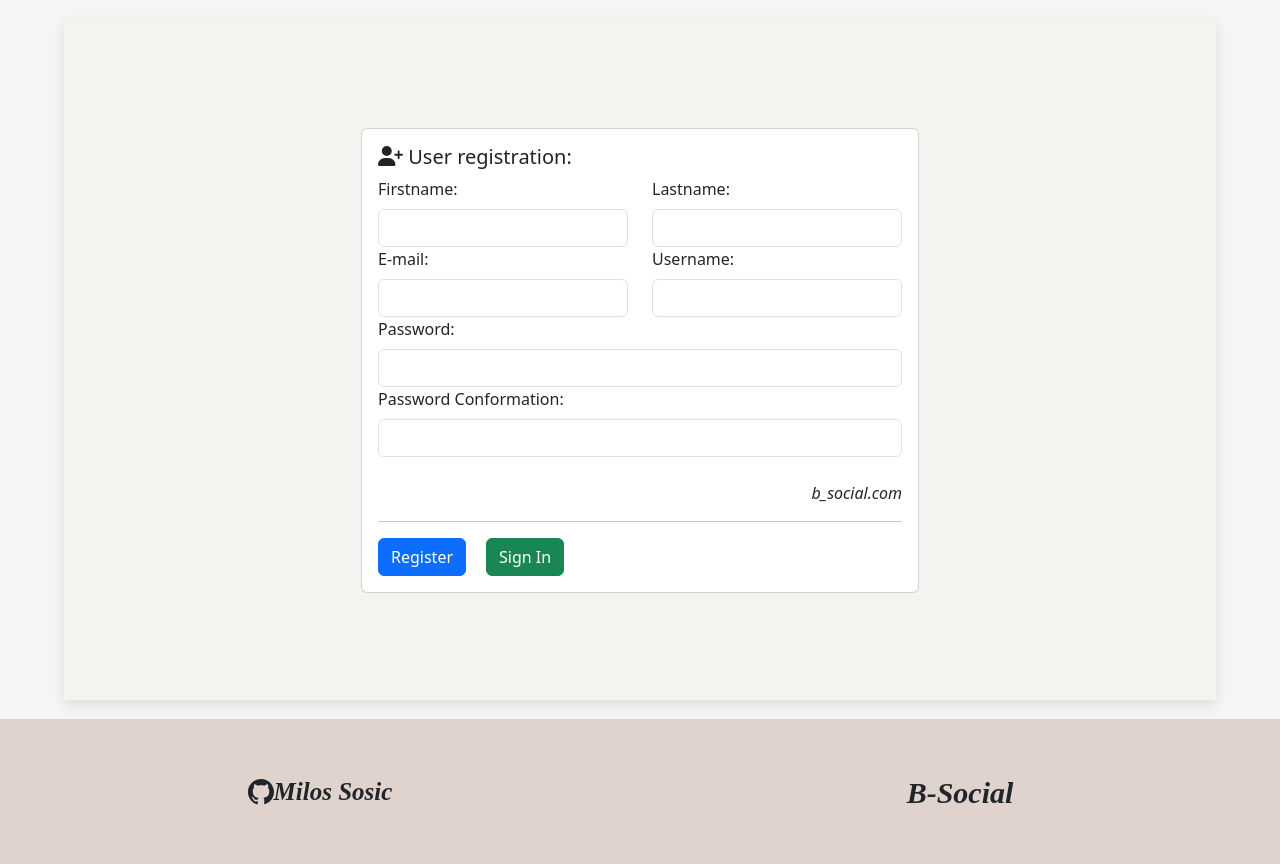
Repository: mcedo1/b-Social-app
Page: /reg
An editor plug-in stored every save of this project. The page is shown before and after a run of saves, followed by the edit.
The browser window is 1280 px wide. The pictures show the whole page.
The project was rebuilt for these pictures with package versions that can differ from the ones it lists, and the page was loaded fresh each time. Also part of the build but not shown: src/config/apiconfig.js, src/API/Api.js, src/components/log.reg.component/Login.js, src/components/main.page.component/MainPage.css, src/components/main.page.component/sideBar.js, src/components/submain.component/Submain.css, src/components/submain.component/Comment.js, src/components/submain.component/Modal.js and 5 more.

Above is the page before, as saved 2024-02-03 10:26:11.

### src/index.js
import React from 'react';
import ReactDOM from 'react-dom/client';
import './index.css';
import App from './App';
import reportWebVitals from './reportWebVitals';
import {
  BrowserRouter as Router
} from "react-router-dom";
import 'bootstrap/dist/css/bootstrap.min.css';
const root = ReactDOM.createRoot(document.getElementById('root'));
root.render(
  <React.StrictMode>
    <Router>
      <App />
    </Router>
  </React.StrictMode>
);

// If you want to start measuring performance in your app, pass a function
// to log results (for example: reportWebVitals(console.log))
// or send to an analytics endpoint. Learn more: https://bit.ly/CRA-vitals
reportWebVitals();

### src/App.js
import './App.css';
import Footer from './components/footer.component/Footer';
import Login from './components/log.reg.component/Login';
import Registration from './components/log.reg.component/Registration';
import MainPage from './components/main.page.component/MainPage';
import WebSocket from 'websocket';
import { useEffect } from 'react';
import {
  Routes,
  Route,
} from "react-router-dom";
import AboutUsCommponent from './components/about.us.component/AboutUs';


function App() {
//   useEffect(() => {
//     // Establish a WebSocket connection
//     const ws = new WebSocket('wss://localhost:8080');

//     // Set up event listeners
//     ws.onopen = () => {
//       console.log('WebSocket connection opened');
//     };

//     ws.onmessage = (event) => {
//       console.log('Received message:', event.data);
//       // Handle the incoming message
//     };

//     ws.onclose = () => {
//       console.log('WebSocket connection closed');
//     };

//     // Clean up the WebSocket connection when the component is unmounted
//     return () => {
//       ws.close();
//     };
//   }, []);


  return (
    <div className='App'>
      <div className="Main">
        <Routes>
          <Route index path="/" element={<Login />} />
          <Route path="/reg" element={<Registration />} />
          <Route path="/main" element={<MainPage />} />
          <Route path='aboutUs' element={<AboutUsCommponent/>}/>
        </Routes>
      </div>
      <Footer/>
     </div>
  );
}

export default App;

### src/components/footer.component/Footer.js
import React from 'react'
import './Footer.css';

function Footer() {
  return (
      <div className='Footer'>
      <div className='Left'>
      <svg xmlns="http://www.w3.org/2000/svg" width="26" height="26" fill="currentColor" class="bi bi-github" viewBox="0 0 16 16">
  <path d="M8 0C3.58 0 0 3.58 0 8c0 3.54 2.29 6.53 5.47 7.59.4.07.55-.17.55-.38 0-.19-.01-.82-.01-1.49-2.01.37-2.53-.49-2.69-.94-.09-.23-.48-.94-.82-1.13-.28-.15-.68-.52-.01-.53.63-.01 1.08.58 1.23.82.72 1.21 1.87.87 2.33.66.07-.52.28-.87.51-1.07-1.78-.2-3.64-.89-3.64-3.95 0-.87.31-1.59.82-2.15-.08-.2-.36-1.02.08-2.12 0 0 .67-.21 2.2.82.64-.18 1.32-.27 2-.27s1.36.09 2 .27c1.53-1.04 2.2-.82 2.2-.82.44 1.1.16 1.92.08 2.12.51.56.82 1.27.82 2.15 0 3.07-1.87 3.75-3.65 3.95.29.25.54.73.54 1.48 0 1.07-.01 1.93-.01 2.2 0 .21.15.46.55.38A8.01 8.01 0 0 0 16 8c0-4.42-3.58-8-8-8"/>
</svg>
       <b> Milos Sosic</b>
      </div>
      <div className='Right'>
        <i>B-Social</i>
      </div>
    </div>
  )
}

export default Footer

### src/components/log.reg.component/Registration.js
import './Login.css'
import { faUserPlus } from '@fortawesome/free-solid-svg-icons';
import { FontAwesomeIcon } from '@fortawesome/react-fontawesome';
import React, { useState } from 'react'
import { Card, Col, Container, Form, Alert, Button, Row} from 'react-bootstrap';
import { useNavigate } from "react-router-dom";


function Registration() {

    const navigate = useNavigate();

    const [user, setUser] = useState({
        username: '',
        firstName: '',
        lastName: '',
        email: '',
        password: ''
    });

    const handleRegistration = () => {
        console.log(user)
    }

    return (

        <div className='Login'>

            <Container>
                <Col md={{ span: 6, offset: 3 }}>
                    <Card>
                        <Card.Body>
                            <Card.Title>
                                    <FontAwesomeIcon icon={faUserPlus} /> User registration:
                            </Card.Title>
                            <Form>
                                <Row>
                                    <Col md="6">
                                        <Form.Group>
                                            <Form.Label htmlFor="surname">Firstname:</Form.Label>
                                            <Form.Control type='text' id="surname" value={user.firstName} onChange={e=> setUser({...user, firstName:e.target.value})}/>
                                        </Form.Group>
                                    </Col>
                                    <Col md="6">
                                        <Form.Group>
                                            <Form.Label htmlFor="forename">Lastname:</Form.Label>
                                            <Form.Control type='text' id="forename" value={user.lastName} onChange={e=> setUser({...user, lastName:e.target.value})} />
                                        </Form.Group>
                                    </Col>
                                </Row>
                                <Row>
                                    <Col md="6">
                                        <Form.Group>
                                                <Form.Label htmlFor="email">E-mail:</Form.Label>
                                                <Form.Control type='email' id="email" value={user.email} onChange={e=> setUser({...user, email:e.target.value})} />
                                        </Form.Group>
                                    </Col>
                                    <Col md="6">
                                        <Form.Group>
                                            <Form.Label htmlFor="username">Username:</Form.Label>
                                            <Form.Control type='text' id="username" value={user.username} onChange={e=> setUser({...user, username: e.target.value})} />
                                        </Form.Group>
                                    </Col>
                                </Row>
                                <Form.Group>
                                    <Form.Label htmlFor="password">Password:</Form.Label>
                                    <Form.Control type='password' id="password" value={user.password} onChange={e=> setUser({...user, password:e.target.value})}/>
                                    <Form.Label htmlFor="password">Password Conformation:</Form.Label>
                                    <Form.Control type='password' id="password" value={user.password} style={{borderColor:'none'}} onChange={e=> setUser({...user, password:e.target.value})}/>
                                </Form.Group>

                                <br />
                                <p style={{display:'flex',justifyContent:'end'}}><i>b_social.com</i></p>
                                <hr/>
                                <Form.Group>
                                    <Button variant='primary' style={{ marginRight: '20px' }}
                                        onClick={handleRegistration}
                                    >
                                        Register
                                    </Button>
                                    <Button variant='success' onClick={()=>navigate("/")} >
                                        Sign In
                                    </Button>
                                </Form.Group>
                            </Form>
                            <Alert style={{marginTop:'15px'}} variant='danger' className={false ? '' : 'd-none'}>Greska</Alert>
                        </Card.Body>
                    </Card>
                </Col>
            </Container>
        </div>
  )
}

export default Registration

### src/components/footer.component/Footer.css
.Footer {
  background-color: #e0d3ce;

  height: 20vh;
  display: flex;
  flex-direction: row;
  box-shadow: rgba(0, 0, 0, 0.02) 0px 1px 3px 0px,
    rgba(27, 31, 35, 0.15) 0px 0px 0px 1px;
}
.Left {
  flex: 1;
  display: flex;
  justify-content: center;
  align-items: center;
  font-size: 25px;
  font-family: "Times New Roman", Times, serif;
  font-style: italic;
}

.Left b:hover {
  cursor: pointer;
  font-size: 27px;
}

.Right {
  flex: 1;
  display: flex;
  justify-content: center;
  align-items: center;
  font-family: "Times New Roman", Times, serif;
  font-weight: 700;
  font-size: 30px;
}

.Right i:hover {
  cursor: pointer;
  font-size: 31px;
}

### src/components/log.reg.component/Login.css
.Login {
    flex: 1;
    display: flex;
    justify-content: center;
    align-items: center;
    background-color: #f3f3ef;
    box-shadow: rgba(0, 0, 0, 0.1) 0px 4px 12px;
    margin: 20px 0;
}

p:hover {
    cursor: default;
}

Loaded but not shown: public/index.html (common file); src/index.css (common file); src/reportWebVitals.js (common file); src/App.css (common file)

After the next 2 saves:
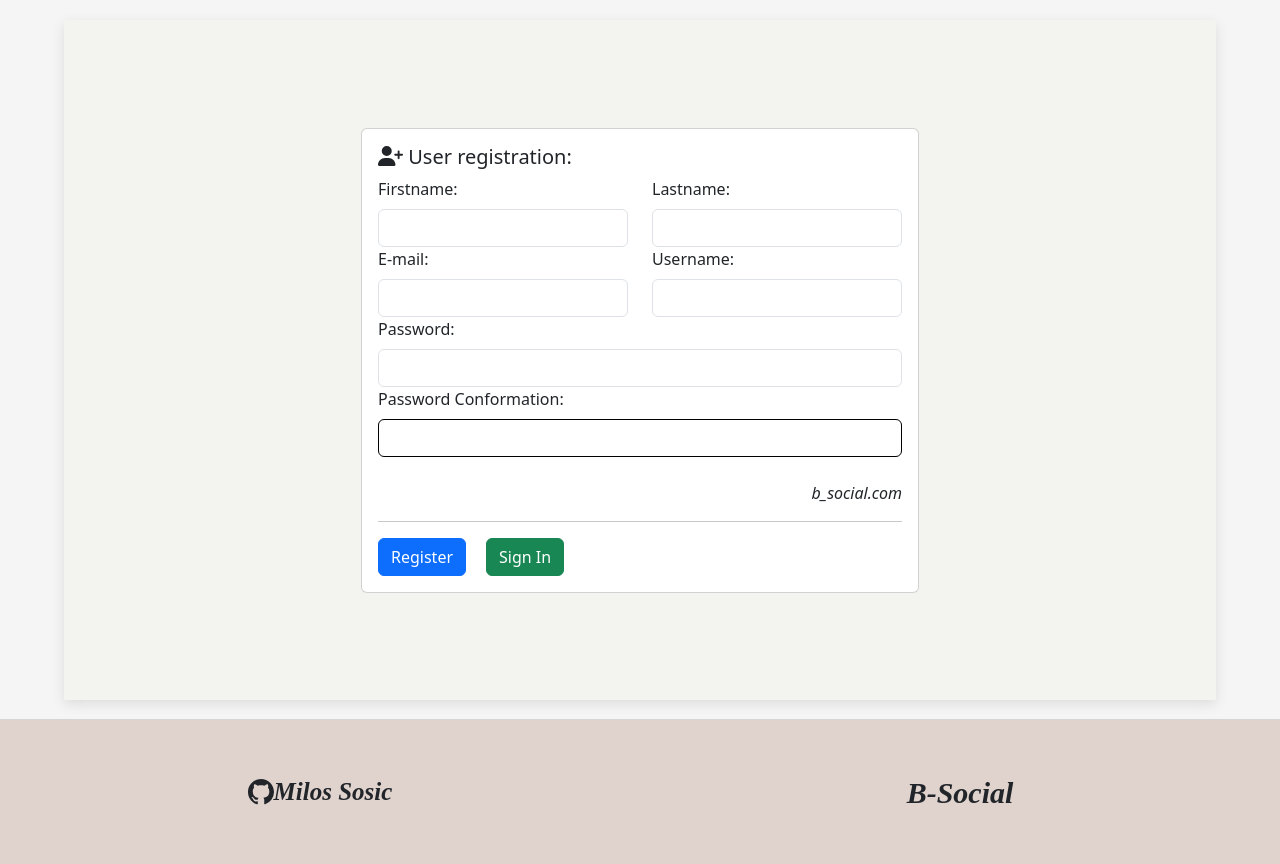
The 2 saves are shown as one change because they came seconds apart.
The last was saved 13 s later.
--- a/src/components/log.reg.component/Registration.js
+++ b/src/components/log.reg.component/Registration.js
@@ -66,7 +66,7 @@
                                     <Form.Label htmlFor="password">Password:</Form.Label>
                                     <Form.Control type='password' id="password" value={user.password} onChange={e=> setUser({...user, password:e.target.value})}/>
                                     <Form.Label htmlFor="password">Password Conformation:</Form.Label>
-                                    <Form.Control type='password' id="password" value={user.password} style={{borderColor:'none'}} onChange={e=> setUser({...user, password:e.target.value})}/>
+                                    <Form.Control type='password' id="password" value={user.password} style={{borderColor:'black'}} onChange={e=> setUser({...user, password:e.target.value})}/>
                                 </Form.Group>
 
                                 <br />

After the 2 saves that followed:
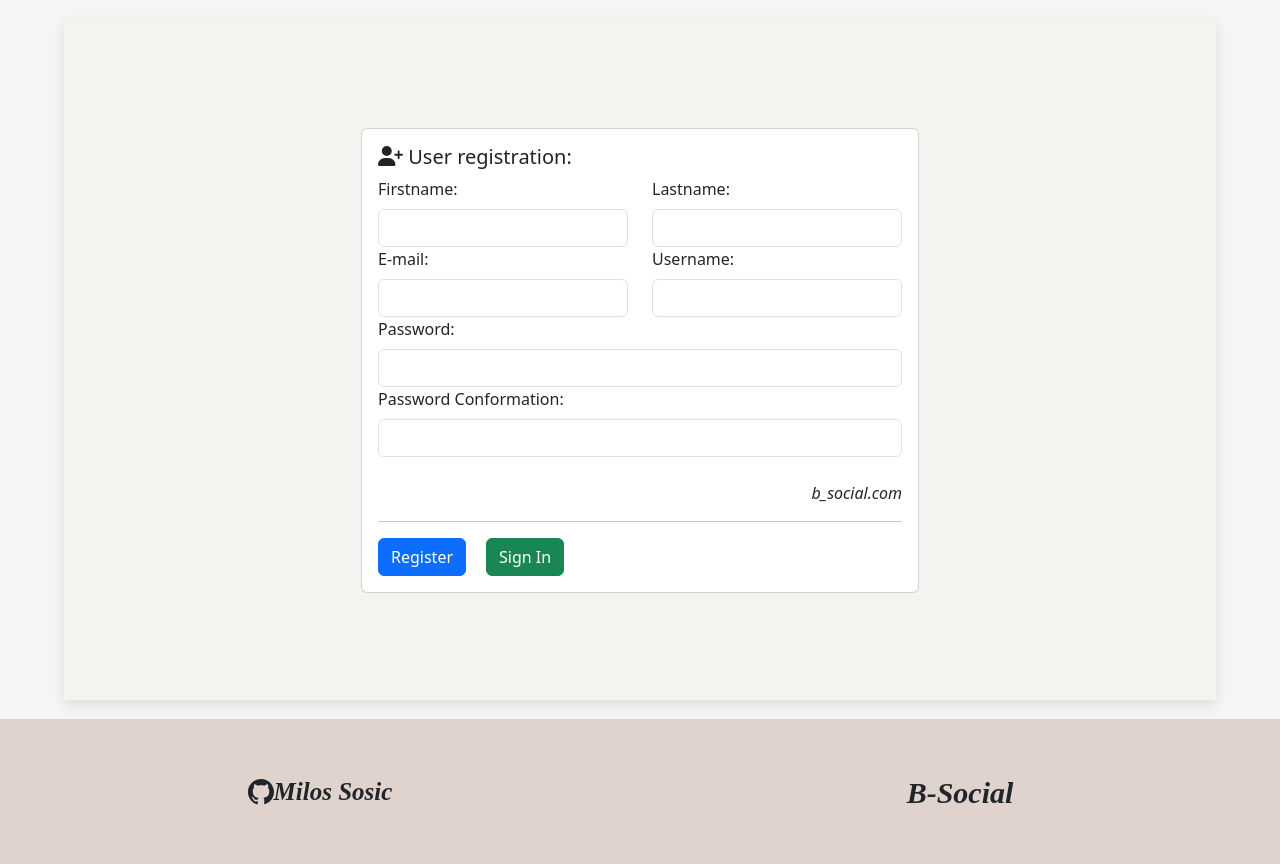
The 2 saves are shown as one change because they came seconds apart.
The last was saved 16 s later.
--- a/src/components/log.reg.component/Registration.js
+++ b/src/components/log.reg.component/Registration.js
@@ -66,7 +66,7 @@
                                     <Form.Label htmlFor="password">Password:</Form.Label>
                                     <Form.Control type='password' id="password" value={user.password} onChange={e=> setUser({...user, password:e.target.value})}/>
                                     <Form.Label htmlFor="password">Password Conformation:</Form.Label>
-                                    <Form.Control type='password' id="password" value={user.password} style={{borderColor:'black'}} onChange={e=> setUser({...user, password:e.target.value})}/>
+                                    <Form.Control type='password' id="password" value={user.password} style={{borderColor:'default'}} onChange={e=> setUser({...user, password:e.target.value})}/>
                                 </Form.Group>
 
                                 <br />
